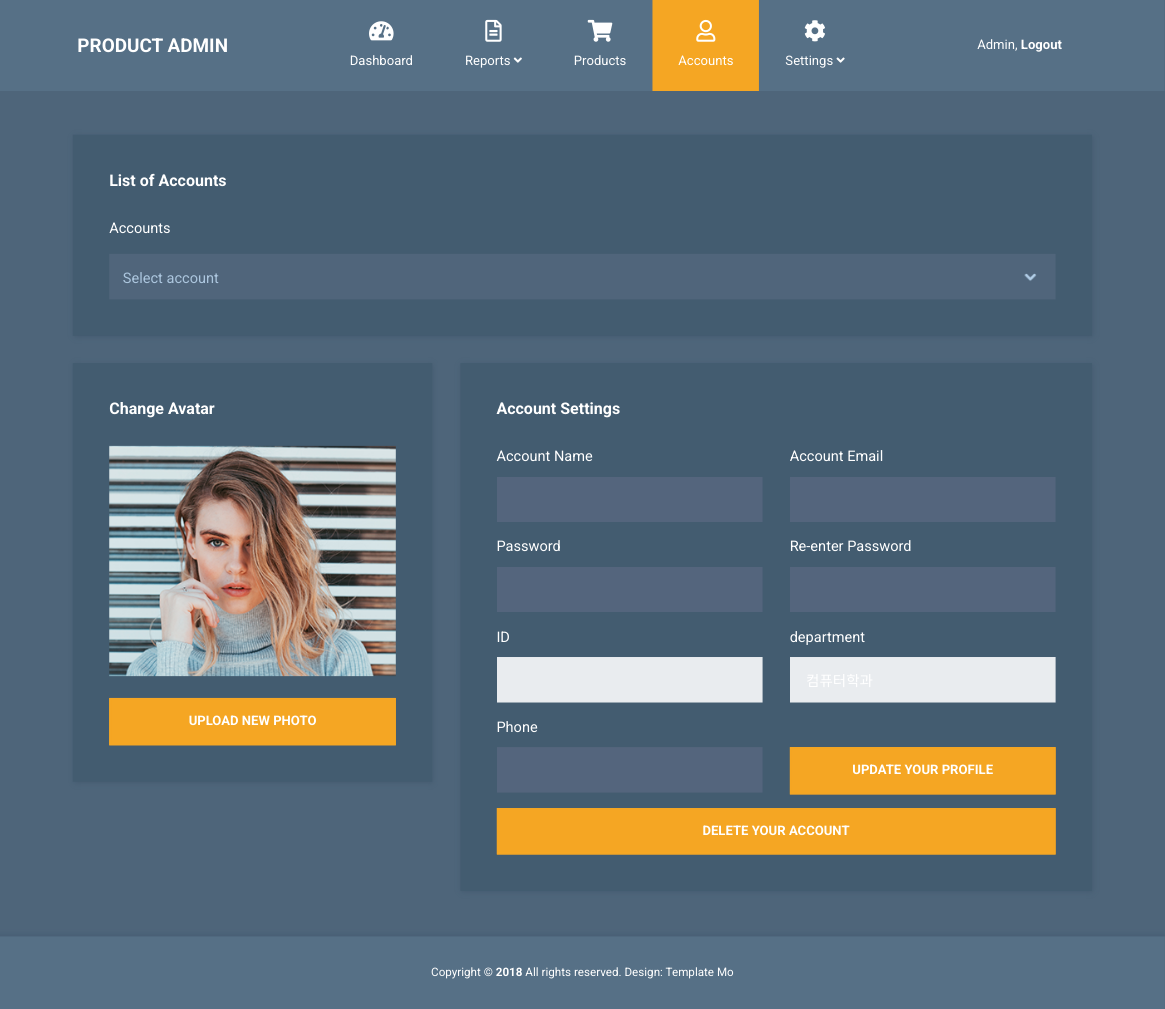
Repository: YJ-S2/2019-FaceAPI
Page: test1-master/web/123/WebContent/accounts.html
These files come from the project's save history. The page is drawn as it stood at one moment and after the next save; the edit follows.
The browser window is 1280 px wide. The pictures show the whole page, at 91% of full size.

Above is the page before, as saved 2019-08-07 05:59:42.

After the next save:
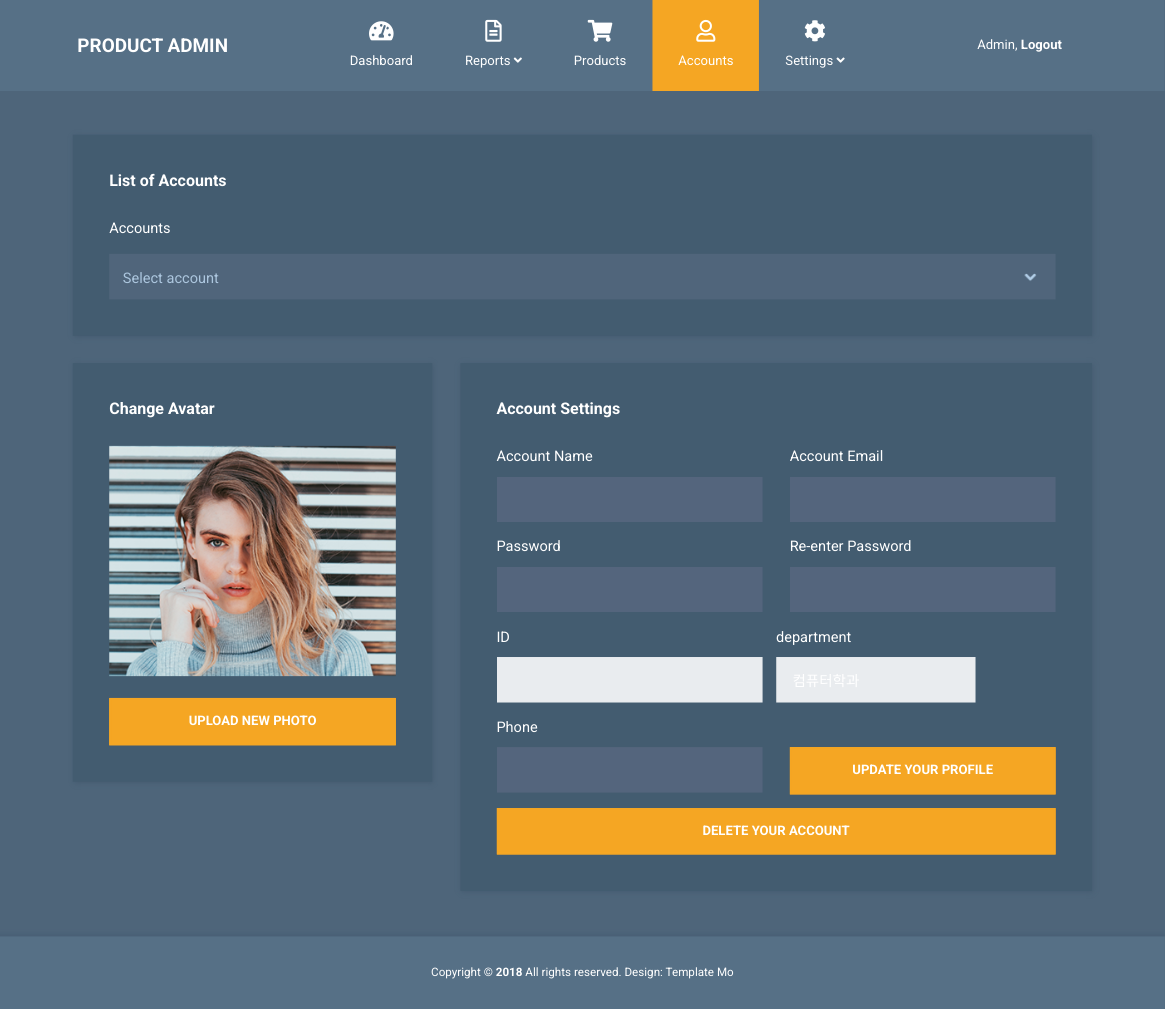
Saved 3 min 21 s later.
--- a/test1-master/web/123/WebContent/accounts.html
+++ b/test1-master/web/123/WebContent/accounts.html
@@ -194,7 +194,7 @@
                     disabled
                   />
                 </div>
-                <div class="form-group col-lg-6">
+                <div class="form-group ">
                   <label for="department">department</label>
                   <input
                     id="department"

After the save that followed:
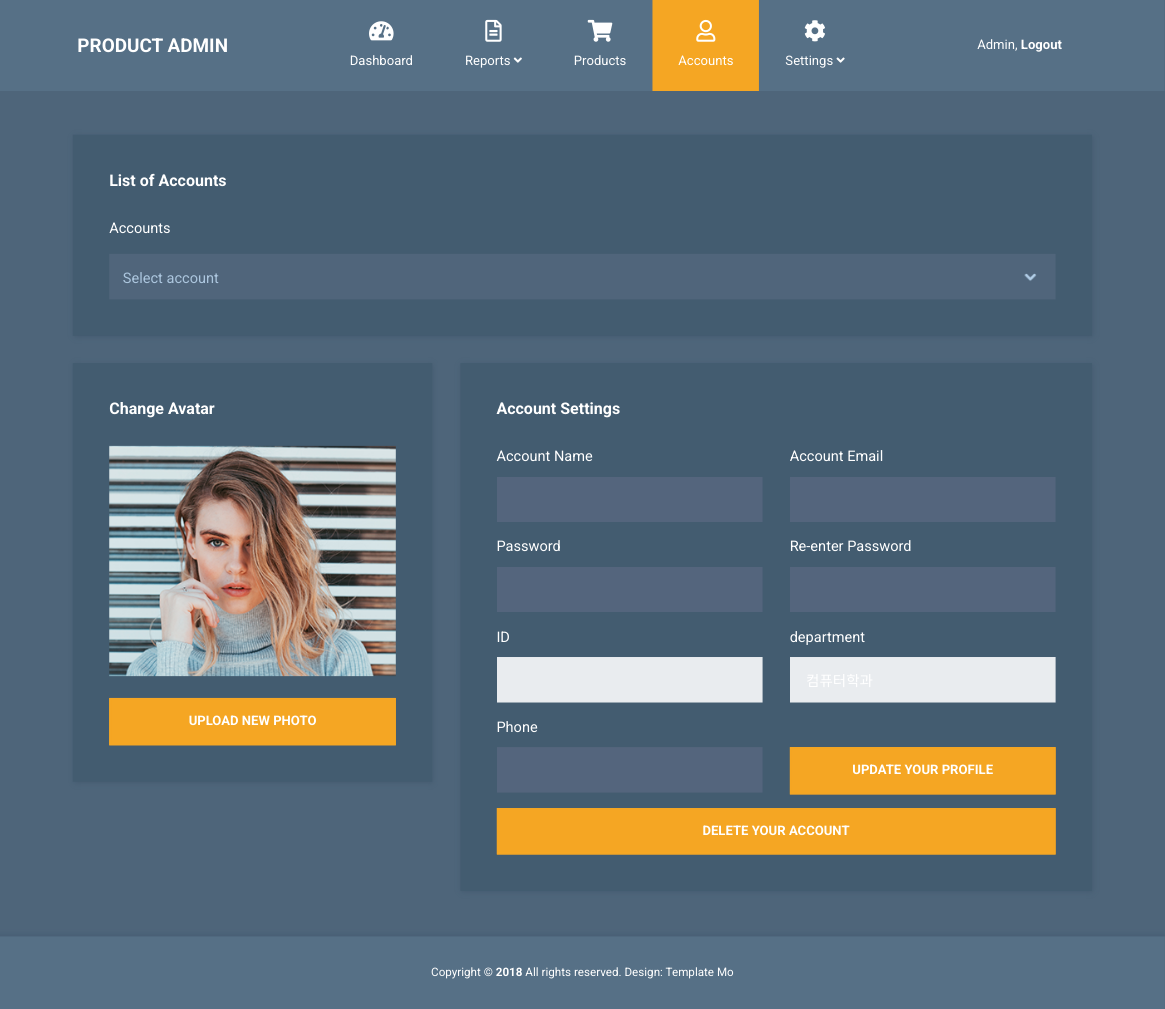
Saved 7 s later.
--- a/test1-master/web/123/WebContent/accounts.html
+++ b/test1-master/web/123/WebContent/accounts.html
@@ -194,7 +194,7 @@
                     disabled
                   />
                 </div>
-                <div class="form-group ">
+                <div class="form-group col-lg-6">
                   <label for="department">department</label>
                   <input
                     id="department"
